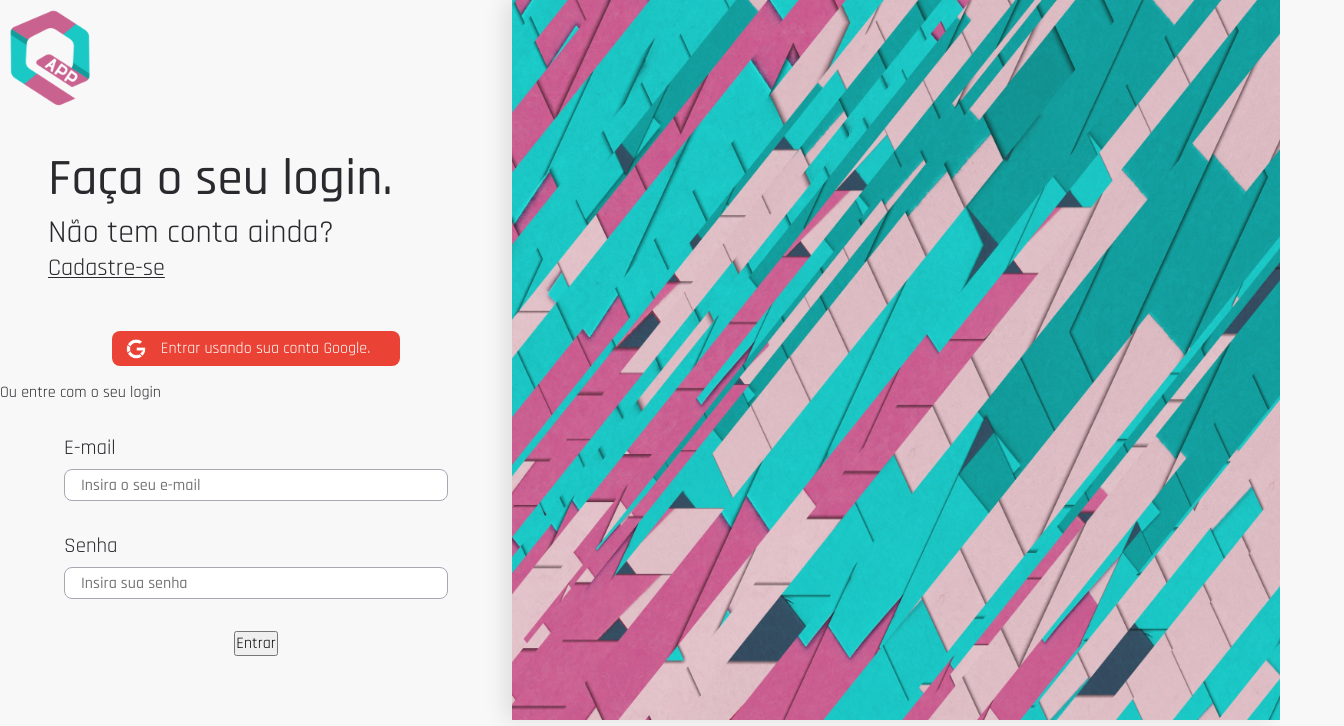
Repository: kika-cavalher/qapp-web
Page: /
An editor plug-in stored every save of this project. The page is shown before and after the next save, followed by the edit.
The browser window is 1280 px wide. The page is 1280 px wide, then 1344 px, so the pictures cover 1344 px, including what lies to the right of the window. The pictures show the whole page.
The page's requests for data from a server got no answer. The project was rebuilt for these pictures with package versions that can differ from the ones it lists, and the page was loaded fresh each time. No one was signed in, and anything a server would have sent is missing.

Above is the page before, as saved 2022-02-23 20:17:47.

### public/index.html
<!DOCTYPE html>
<html lang="en">
  <head>
    <meta charset="utf-8" />
    <meta name="viewport" content="width=device-width, initial-scale=1" />

    <link rel="preconnect" href="https://fonts.googleapis.com">
    <link rel="preconnect" href="https://fonts.gstatic.com" crossorigin>
    <link href="https://fonts.googleapis.com/css2?family=Rajdhani:wght@300;400;500;600;700&display=swap" rel="stylesheet">

    <title>QApp</title>
  </head>
  <body>
    <noscript>You need to enable JavaScript to run this app.</noscript>
    <div id="root"></div>
  </body>
</html>

### src/index.tsx
import React from 'react';
import ReactDOM from 'react-dom';
import App from './App';

import './styles/global/defaultStyles.scss';
import './services/firebase'


ReactDOM.render(
  <React.StrictMode>
    <App />
  </React.StrictMode>,
  document.getElementById('root')
);

### src/App.tsx
import { LoginPage } from "./pages/Login";

function App() {
  return (
   <LoginPage />
  );
}

export default App;

### src/styles/global/defaultStyles.scss
* {
    margin: 0;
    padding: 0;
    box-sizing: border-box;
  }

  body {
    background: #f8f8f8;
    color: #29292e;
  }

  body, input, button, textarea {
    font: 400 16px 'Rajdhani', sans-serif;
  }

### src/services/firebase.ts
import { initializeApp } from "firebase/app";
import { getAuth } from "firebase/auth";
import { getFirestore } from 'firebase/firestore/lite';


const firebaseConfig = {
    apiKey: process.env.REACT_APP_API_KEY,
    authDomain: process.env.REACT_APP_AUTH_DOMAIN,
    databaseURL: process.env.REACT_APP_DATABASE_URL,
    projectId: process.env.REACT_APP_PROJECT_ID,
    storageBucket: process.env.REACT_APP_STORAGE_BUCKET,
    messagingSenderId: process.env.REACT_APP_MESSAGING_SENDER_ID,
    appId: process.env.REACT_APP_APP_ID
  };

const app = initializeApp(firebaseConfig);

export const auth = getAuth();
export const db = getFirestore(app);

### src/pages/Login.tsx
// import { Link } from 'react-router-dom'

import imgLogin from '../assets/images/imgLogin.jpg';
import logoQapp from '../assets/images/logoQapp.png';
import googleIconImg from '../assets/icon/googleIconImg.png';

import '../styles/pages/login.scss'

export function LoginPage() {
    return (
        <div id="page-login">
            <main>
                <div className='page-login--main__container'>
                    <div className='page-login--main__logo'>
                        <img id="img-logo" src={logoQapp} alt="Logo da empresa QApp" />
                    </div>
                    <div className='page-login--main__title'>
                        <h1>Faça o seu login.</h1>
                        <h2>Não tem conta ainda? </h2>
                        <p className='page-login--main__link-register'>
                        Cadastre-se
                        </p>
                        {/* <Link to="/">Cadastre-se</Link> */}
                    </div>
                    <div className='page-login--main__google'>
                        <button className='btn__google'>
                            <img id="img-icon__google" src={googleIconImg} alt="Logo da empresa QApp" />
                            <p>Entrar usando sua conta Google.</p>
                        </button>
                    </div>
                    <div className='page-login--main__divider'>
                        <div>Ou entre com o seu login</div>
                    </div>
                    <div className='page-login--main__login-forms'>
                        <form>
                            <div className='page-login--login-forms__name'>
                                <p>E-mail</p>
                                <input type="text" placeholder="Insira o seu e-mail"/>
                            </div>
                            <div className='page-login--login-forms__password'>
                                <p>Senha</p>
                                <input type="text" placeholder="Insira sua senha"/>
                            </div>
                            <div className='btn__send'>
                                <button type="submit">Entrar</button>
                            </div>
                        </form>
                    </div>
                </div>

                <div className='page-login--main__img'>
                    <img src={imgLogin} alt="Imagem decorativa na pagina" />
                </div>
            </main>
        </div>
    )
}

### src/styles/pages/login.scss
#page-login {
    display: flex;
    height: 100vh;
    background: #f8f8f8;
}

main{
    display: flex;
    flex-direction: row;

    .page-login--main__container {
        width: 40vw;
        display: flex;
        flex-direction: column;
    }

    .page-login--main__logo {

        #img-logo {
        width: 100px;
        margin-top: 0.5rem;
        }
    }

    .page-login--main__title {
        display: flex;
        flex-direction: column;
        margin: 2rem 3rem;

        h1 {
          font-size: 3.2rem;
          font-weight: 500;
        }
        h2 {
            font-size: 2rem;
            font-weight: 400;
          }
        .page-login--main__link-register {
            font-size: 1.5rem;
            font-weight: 400;
            text-decoration: underline 1px;
            text-underline-position: from-font;
          }
    }

    .page-login--main__google {
        display: flex;
        margin: 1rem 0;
        align-self: center;
        width: 18rem;

            .btn__google {
                display: flex;
                flex-direction: row;
                width: 100%;
                height: 35px;
                align-items: center;
                background: #ea4335;
                color: #FFF;
                border-radius: 8px;
                cursor: pointer;
                border: 0;
                transition: filter 0.2s;

                #img-icon__google {
                    width: 20px;
                    margin: 0 5%;
                }
            }
    }

    // .page-login--main__divider {

    // }

    .page-login--main__login-forms {
        width: 100%;
        display: flex;
        justify-content: center;

        form {
        display: flex;
        flex-direction: column;
        align-items: center;
        margin: 2rem 0;
        width: 75%;

            .page-login--login-forms__name{
                width: 100%;

                p {
                    font-size: 1.3rem
                }

                input {
                    width: 100%;
                    height: 2rem;
                    border-radius: 8px;
                    padding: 0 16px;
                    background: #FFF;
                    border: 1px solid #a8a8b3;
                    margin: 0.5rem 0;
                    color: #515158;
                    font-weight: 500;
                    outline: none;

                    &:hover {
                        border: 2px solid #11a09e;
                      }

                    &:focus-visible {
                        border: 2px solid #11a09e;
                      }
                }
            }

            .page-login--login-forms__password{
                margin: 1.5rem 0;
                width: 100%;

                p {
                    font-size: 1.3rem
                }

                input {
                    width: 100%;
                    height: 2rem;
                    border-radius: 8px;
                    padding: 0 16px;
                    background: #FFF;
                    border: 1px solid #a8a8b3;
                    margin: 0.5rem 0;
                    color: #515158;
                    font-weight: 500;
                    outline: none;

                    &:hover {
                        border: 2px solid #11a09e;
                      }

                    &:focus-visible {
                        border: 2px solid #11a09e;
                      }
                }
            }
        }
    }

    .page-login--main__img {

        img {
        height: 100vh;
        width: 60vw;
        box-shadow: -8px 0px 20px rgba(0, 0, 0, 0.1);
        }
    }
}

After the next save:
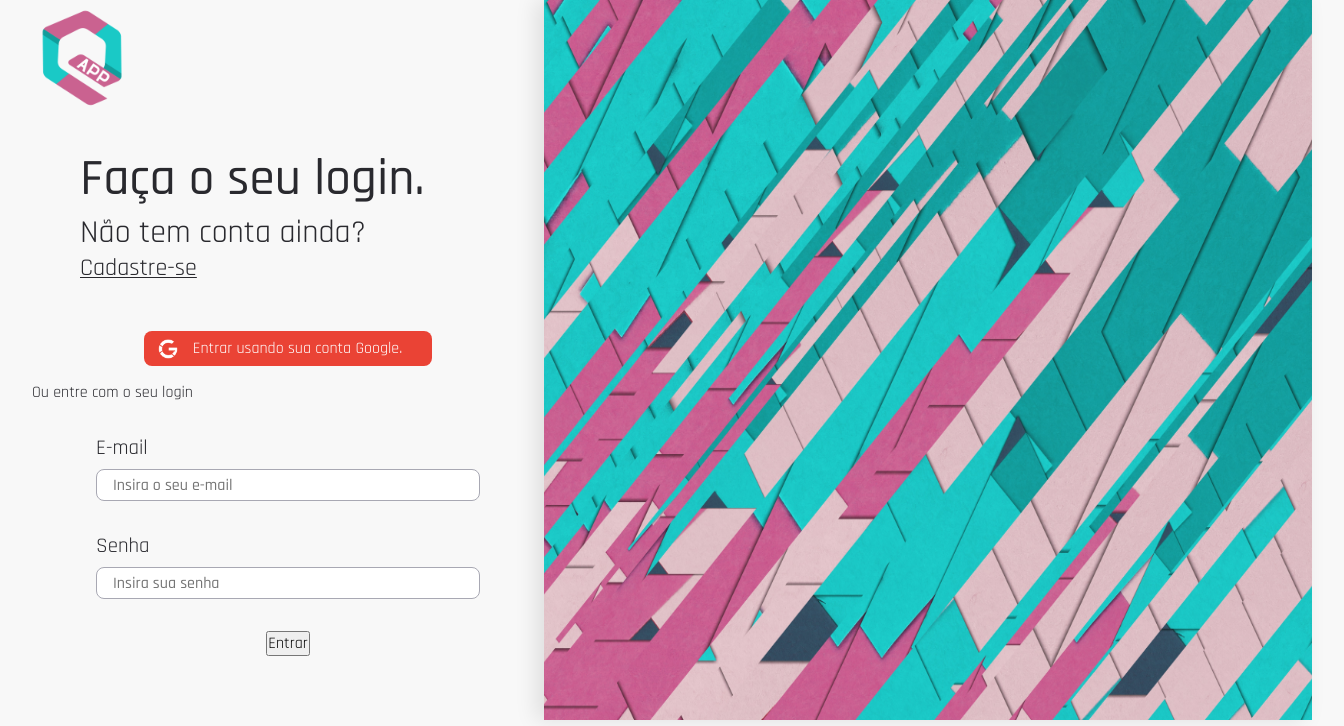
Saved 109 s later.
--- a/src/styles/pages/login.scss
+++ b/src/styles/pages/login.scss
@@ -7,6 +7,7 @@
 main{
     display: flex;
     flex-direction: row;
+    padding: 0 32px;
 
     .page-login--main__container {
         width: 40vw;
